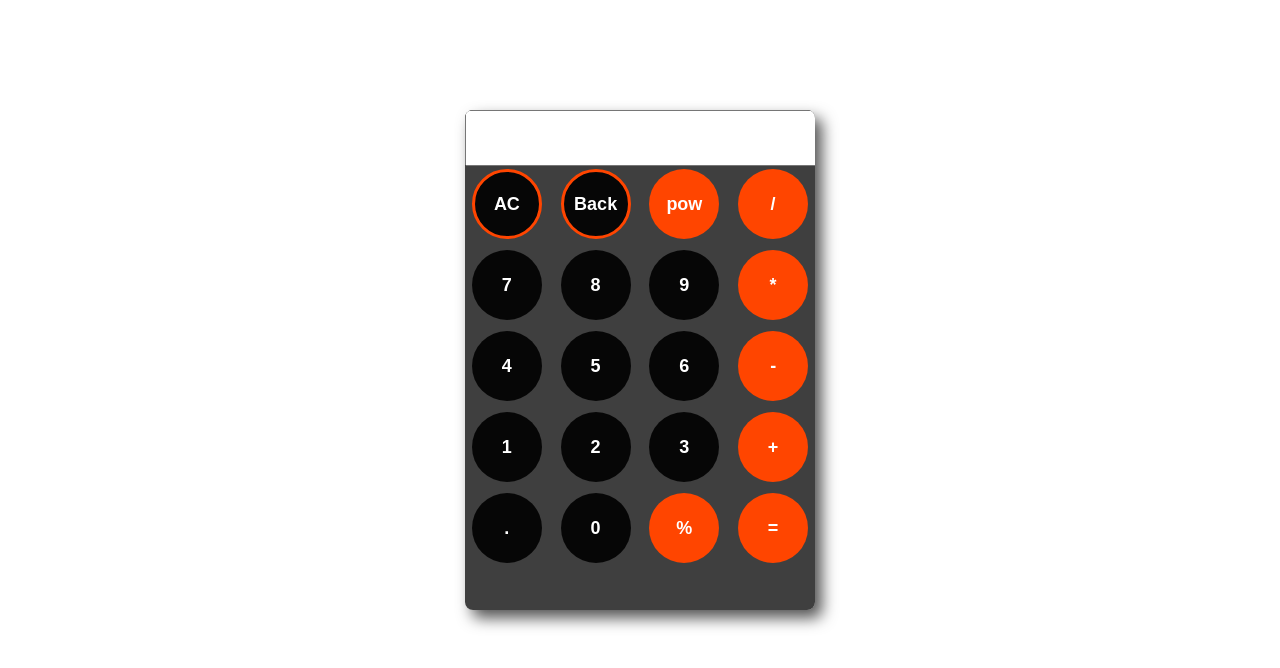
Repository: SakthivelDurai47/calculator
Page: index.html
These files come from the project's save history. The page is drawn as it stood at one moment and after the next save; the edit follows.
The browser window is 1280 px wide. The pictures show the whole page.

Above is the page before, as saved 2025-04-13 15:28:41.

After the next save:
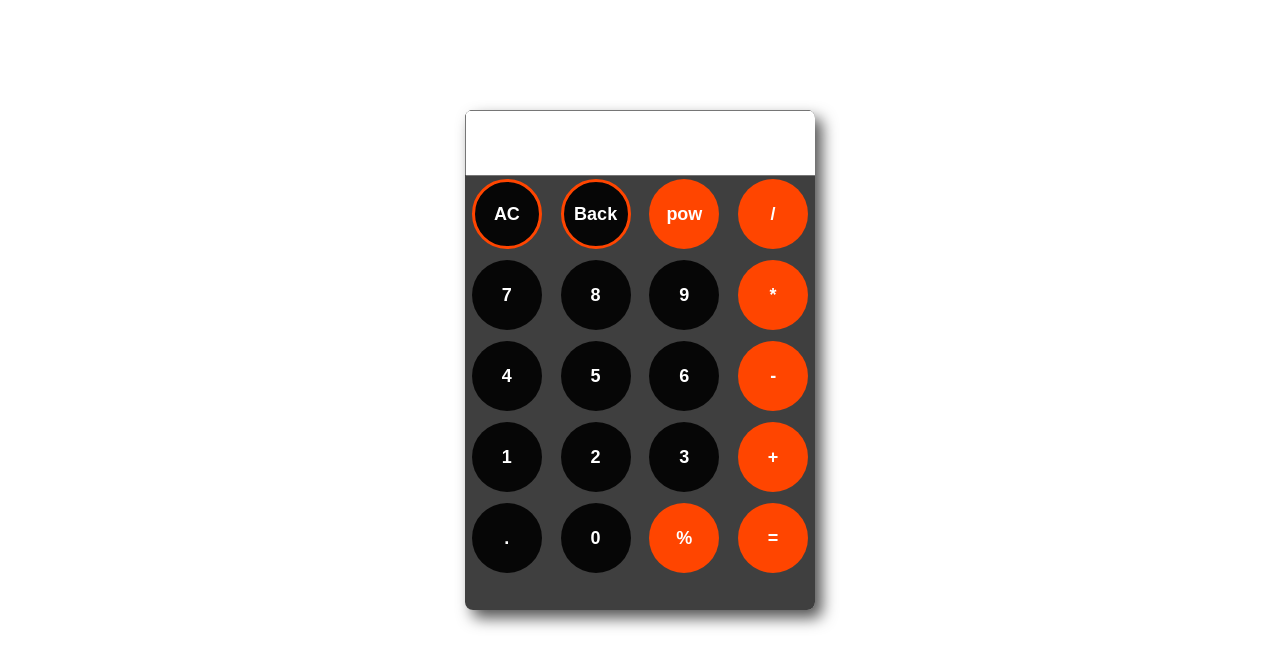
Saved 5 s later.
--- a/styles.css
+++ b/styles.css
@@ -51,5 +51,5 @@ button:active {
 }
 #display {
   width: 100%;
-  height: 50px;
+  height: 60px;
 }
